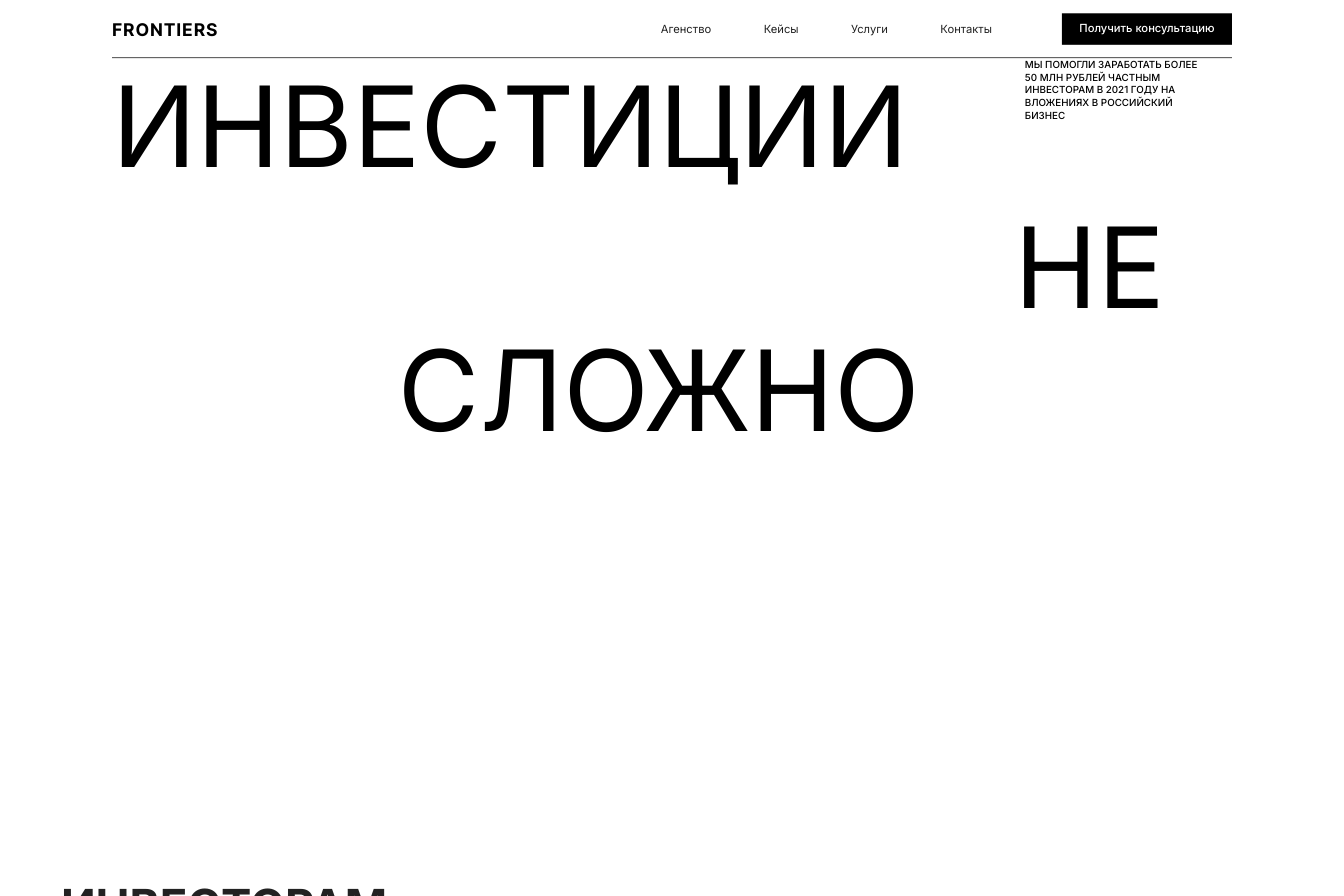
Repository: NadyaKorvin/frontiers
Page: /
An editor plug-in stored every save of this project. The page is shown before and after the next save, followed by the edit.
The browser window is 1280 px wide. The page is 1920 px wide, so the pictures cover 1920 px, including what lies to the right of the window. The pictures show the part of the page from y = 0 to 1280 px (the page is 1728 px tall), at 70% of full size.
The project was rebuilt for these pictures with package versions that can differ from the ones it lists, and the page was loaded fresh each time.

Above is the page before, as saved 2022-05-23 05:13:41.

### public/index.html
<!DOCTYPE html>
<html lang="en">
  <head>
    <meta charset="utf-8" />
    <link rel="icon" href="%PUBLIC_URL%/favicon.ico" />
    <meta name="viewport" content="width=device-width, initial-scale=1" />
    <meta name="theme-color" content="#000000" />
    <meta name="description" content="Web site created using create-react-app" />
    <link rel="apple-touch-icon" href="%PUBLIC_URL%/logo192.png" />
    <link rel="manifest" href="%PUBLIC_URL%/manifest.json" />
    <link rel="preconnect" href="https://fonts.googleapis.com" />
    <link rel="preconnect" href="https://fonts.gstatic.com" crossorigin />
    <link href="https://fonts.googleapis.com/css2?family=Inter:wght@300;400;500;700&display=swap" rel="stylesheet" />
    <title>FRONTIERS</title>
  </head>
  <body>
    <noscript>You need to enable JavaScript to run this app.</noscript>
    <div id="root"></div>
  </body>
</html>

### src/index.js
import React from "react"
import ReactDOM from "react-dom/client"

import App from "./App"

const root = ReactDOM.createRoot(document.getElementById("root"))
root.render(
  <React.StrictMode>
    <App />
  </React.StrictMode>
)

### src/App.js
import { useState } from "react";
import "./App.css";
import { SecondScreenAnimation } from "./components/secondScreen/SecondScreenAnimation";
import FirstScreenAnimation from "./components/firstScreen/FirstScreenAnimation";

function App() {
  const [mousePosition, setMousePosition] = useState("");

  const listenUpperMousePosition = (event) => {
    console.log(event);
    console.log(event.target);
    setMousePosition(event.target);
  };

  return (
    <>
      <FirstScreenAnimation />
      <div className="App">
        <SecondScreenAnimation listenMousePosition={listenUpperMousePosition} />
      </div>
    </>
  );
}
export default App;

### src/App.css
@import url("./reset.css");
@import url("./components/secondScreen/SecondScreen.css");
@import url("./font/font.css");

body {
  font-family: "Inter";
}

### src/components/secondScreen/SecondScreenAnimation.js
export function SecondScreenAnimation({ listenMousePosition, mousePosition }) {
  let goUp = ""
  const goUpBlackLines = (mousePosition) => {
    if (mousePosition === "animation__text_first_part") {
      goUp = "up"
      return goUp
    }
  }
  goUpBlackLines(mousePosition)
  console.log(goUp)
  return (
    <div className="animation__text_block">
      {goUp != "up" ? (
        <div>
          <div className="animation__text" onMouseOver={listenMousePosition}>
            <p className="animation__text_first_part">Инвесторам сложно найти хорошие проекты,</p>
            <p className="animation__text_second_part">а хорошим проектам — инвестиции.</p>
          </div>
          <div className="animation__black_lines">
            <div className="animation__1th_black_line"></div>
            <div className="animation__2th_black_line"></div>
            <div className="animation__3th_black_line"></div>
          </div>
        </div>
      ) : (
        <div>
          <div className="animation__text" onMouseOver={listenMousePosition}>
            <p className="animation__text_first_part" style={{ color: "#fff" }}>
              Инвесторам сложно найти хорошие проекты,
            </p>
            <p className="animation__text_second_part" style={{ color: "#000" }}>
              а хорошим проектам — инвестиции.
            </p>
          </div>
          <div className="animation__black_lines">
            <div className="animation__1th_black_line" style={{ width: "484px", marginTop: "-475px" }}></div>
            <div className="animation__2th_black_line" style={{ width: "586px" }}></div>
            <div className="animation__3th_black_line" style={{ width: "722px" }}></div>
          </div>
        </div>
      )}
    </div>
  )
}

### src/components/firstScreen/FirstScreenAnimation.js
import React from "react";
import style from "./FirstScreen.module.css";

export default function FirstScreenAnimation() {
  return (
    <>
      <section className={style.first__screen}>
        <div className={style.header}>
          <div className={style.logotype}>FRONTIERS</div>
          <nav className={style.nav__sidebar}>
            <ul>Агенство</ul>
            <ul>Кейсы</ul>
            <ul>Услуги</ul>
            <ul>Контакты</ul>
          </nav>
          <div className={style.button}>
            <p className={style.text__btn}>Получить консультацию</p>
          </div>
        </div>
        <div className={style.content}>
          <p>ИНВЕСТИЦИИ</p>
          <p>НЕ</p>
          <p>СЛОЖНО</p>
          <p>Мы помогли заработать более 50 млн рублей частным инвесторам в 2021 году на вложениях в российский бизнес</p>
        </div>
      </section>
    </>
  );
}

### src/reset.css
html,
body,
div,
span,
applet,
object,
iframe,
h1,
h2,
h3,
h4,
h5,
h6,
p,
blockquote,
pre,
a,
abbr,
acronym,
address,
big,
cite,
code,
del,
dfn,
em,
img,
ins,
kbd,
q,
s,
samp,
small,
strike,
strong,
sub,
sup,
tt,
var,
b,
u,
i,
center,
dl,
dt,
dd,
ol,
ul,
li,
fieldset,
form,
label,
legend,
table,
caption,
tbody,
tfoot,
thead,
tr,
th,
td,
article,
aside,
canvas,
details,
embed,
figure,
figcaption,
footer,
header,
hgroup,
menu,
nav,
output,
ruby,
section,
summary,
time,
mark,
audio,
video {
  margin: 0;
  padding: 0;
  border: 0;
  font-size: 100%;
  font: inherit;
  vertical-align: baseline;
}

:focus {
  outline: 0;
}

article,
aside,
details,
figcaption,
figure,
footer,
header,
hgroup,
menu,
nav,
section {
  display: block;
}

body {
  line-height: 1;
}

ol,
ul {
  list-style: none;
}

blockquote,
q {
  quotes: none;
}

blockquote:before,
blockquote:after,
q:before,
q:after {
  content: "";
  content: none;
}

table {
  border-collapse: collapse;
  border-spacing: 0;
}

input[type="search"]::-webkit-search-cancel-button,
input[type="search"]::-webkit-search-decoration,
input[type="search"]::-webkit-search-results-button,
input[type="search"]::-webkit-search-results-decoration {
  -webkit-appearance: none;
  -moz-appearance: none;
}

input[type="search"] {
  -webkit-appearance: none;
  -moz-appearance: none;
  -webkit-box-sizing: content-box;
  -moz-box-sizing: content-box;
  box-sizing: content-box;
}

textarea {
  overflow: auto;
  vertical-align: top;
  resize: vertical;
}

[hidden] {
  display: none;
}

html {
  font-size: 100%; /* 1 */
  -webkit-text-size-adjust: 100%; /* 2 */
  -ms-text-size-adjust: 100%; /* 2 */
}

a:focus {
  outline: thin dotted;
}

a:active,
a:hover {
  outline: 0;
}

img {
  border: 0;
  -ms-interpolation-mode: bicubic;
}

figure {
  margin: 0;
}

form {
  margin: 0;
}

fieldset {
  border: 1px solid #c0c0c0;
  margin: 0 2px;
  padding: 0.35em 0.625em 0.75em;
}

legend {
  border: 0; /* 1 */
  padding: 0;
  white-space: normal; /* 2 */
  *margin-left: -7px; /* 3 */
}

button,
input,
select,
textarea {
  font-size: 100%; /* 1 */
  margin: 0; /* 2 */
  vertical-align: baseline; /* 3 */
  *vertical-align: middle; /* 3 */
}

button,
input {
  line-height: normal;
}

button,
select {
  text-transform: none;
}

button,
html input[type="button"], /* 1 */
input[type="reset"],
input[type="submit"] {
  -webkit-appearance: button; /* 2 */
  cursor: pointer; /* 3 */
  *overflow: visible; /* 4 */
}

button[disabled],
html input[disabled] {
  cursor: default;
}

input[type="checkbox"],
input[type="radio"] {
  box-sizing: border-box; /* 1 */
  padding: 0; /* 2 */
  *height: 13px; /* 3 */
  *width: 13px; /* 3 */
}

input[type="search"] {
  -webkit-appearance: textfield; /* 1 */
  -moz-box-sizing: content-box;
  -webkit-box-sizing: content-box; /* 2 */
  box-sizing: content-box;
}

input[type="search"]::-webkit-search-cancel-button,
input[type="search"]::-webkit-search-decoration {
  -webkit-appearance: none;
}

button::-moz-focus-inner,
input::-moz-focus-inner {
  border: 0;
  padding: 0;
}

textarea {
  overflow: auto; /* 1 */
  vertical-align: top; /* 2 */
}

table {
  border-collapse: collapse;
  border-spacing: 0;
}

html,
button,
input,
select,
textarea {
  color: #222;
}

::-moz-selection {
  background: #b3d4fc;
  text-shadow: none;
}

::selection {
  background: #b3d4fc;
  text-shadow: none;
}

img {
  vertical-align: middle;
}

fieldset {
  border: 0;
  margin: 0;
  padding: 0;
}

textarea {
  resize: vertical;
}

.chromeframe {
  margin: 0.2em 0;
  background: #ccc;
  color: #000;
  padding: 0.2em 0;
}

### src/components/secondScreen/SecondScreen.css
.second__screen {
  display: flex;
}

.animation__text_block {
  margin-top: 174px;
  margin-left: 87px;
  width: 770px;
}

.animation__text_first_part,
.animation__text_second_part {
  text-transform: uppercase;
  font-size: 65px;
  font-weight: 700;
  line-height: 79px;
  transition: 0.5s ease-out;
}

.animation__text_second_part {
  color: #fff;
}

.animation__black_lines {
  margin-left: -10px;
  margin-top: -236px;
}

.animation__1th_black_line {
  margin-bottom: 5px;
  height: 75px;
  width: 444px;
  background-color: #000;
  transition: 0.5s ease-out;
}

.animation__2th_black_line {
  margin-bottom: 5px;
  height: 75px;
  width: 475px;
  background-color: #000;
  transition: 0.5s ease-out;
}
.animation__3th_black_line {
  height: 75px;
  width: 502px;
  background-color: #000;
  transition: 0.5s ease-out;
}

### src/font/font.css
@font-face {
  font-family: "Inter";
  src:
    url("./Inter-Bold.ttf") format("truetype")
    url("./Inter-Bold.woff2") format("woff2"),
    url("./Inter-Bold.woff") format("woff");
  font-weight: 700;
  font-style: normal;
  font-stretch: normal;
  unicode-range: U+0020-E0D0;
}

@font-face {
  font-family: "Inter";
  src:
    url("./Inter-Regular.woff2") format("woff2"),
    url("./Inter-Regular.ttf") format("truetype")
    url("./Inter-Regular.woff") format("woff");
  font-weight: 400;
  font-style: normal;
  font-stretch: normal;
  unicode-range: U+0020-E0D0;
}

@font-face {
    font-family:'Inter Medium';
    src:
        url("./Inter-Medium.ttf") format("truetype")
        url('Inter-Medium.woff2') format('woff2'),
		url('Inter-Medium.woff') format('woff');
    font-weight: 500;
    font-style: normal;
    font-stretch: normal;
    unicode-range: U+0020-E0D0;
}

@font-face {
    font-family:'Inter Light';
    src:
        url("./Inter-Light.ttf") format("truetype")
        url('Inter-Light.woff2') format('woff2'),
		url('Inter-Light.woff') format('woff');
    font-weight: 300;
    font-style: normal;
    font-stretch: normal;
    unicode-range: U+0020-E0D0;
}

### src/components/firstScreen/FirstScreen.module.css
.first__screen {
  width: 1920px;
  height: 1080px;
}

.header {
  width: 1600px;
  height: 82px;
  margin: 0 160px;
  border-bottom: 1px solid #000000;
  display: flex;
}

.logotype {
  width: 151px;
  height: 30px;
  padding-top: 27px;
  font-family: "Inter";
  font-style: normal;
  font-weight: 700;
  font-size: 25px;
  line-height: 30px;
  letter-spacing: 0.05em;
  color: #000000;
}

.nav__sidebar {
  display: flex;
  justify-content: space-between;
  width: 473px;
  padding-top: 33px;
  padding-left: 633px;
}

.button {
  position: absolute;
  width: 243px;
  height: 45px;
  left: 1517px;
  top: 19px;
  background: #000000;
}

.text__btn {
  padding-top: 12px;
  padding-bottom: 12px;
  font-family: "Inter";
  font-style: normal;
  font-weight: 500;
  font-size: 16px;
  line-height: 19px;
  text-align: center;
  color: #ffffff;
}

.content > p {
  position: absolute;
  font-family: "Inter";
  font-style: normal;
  font-weight: 400;
  font-size: 160px;
  line-height: 194px;
  text-transform: uppercase;
  color: #000000;
}

p:nth-child(1) {
  top: 83px;
  left: 160px;
}

p:nth-child(2) {
  top: 285px;
  left: 1449px;
}

p:nth-child(3) {
  top: 461px;
  left: 568px;
}

p:nth-child(4) {
  width: 265px;
  height: 90px;
  /* top: 83px; */
  left: 1464px;
  font-family: "Inter";
  font-style: normal;
  font-weight: 500;
  font-size: 14px;
  line-height: 130%;
  text-transform: uppercase;
  color: #000000;
}

After the next save:
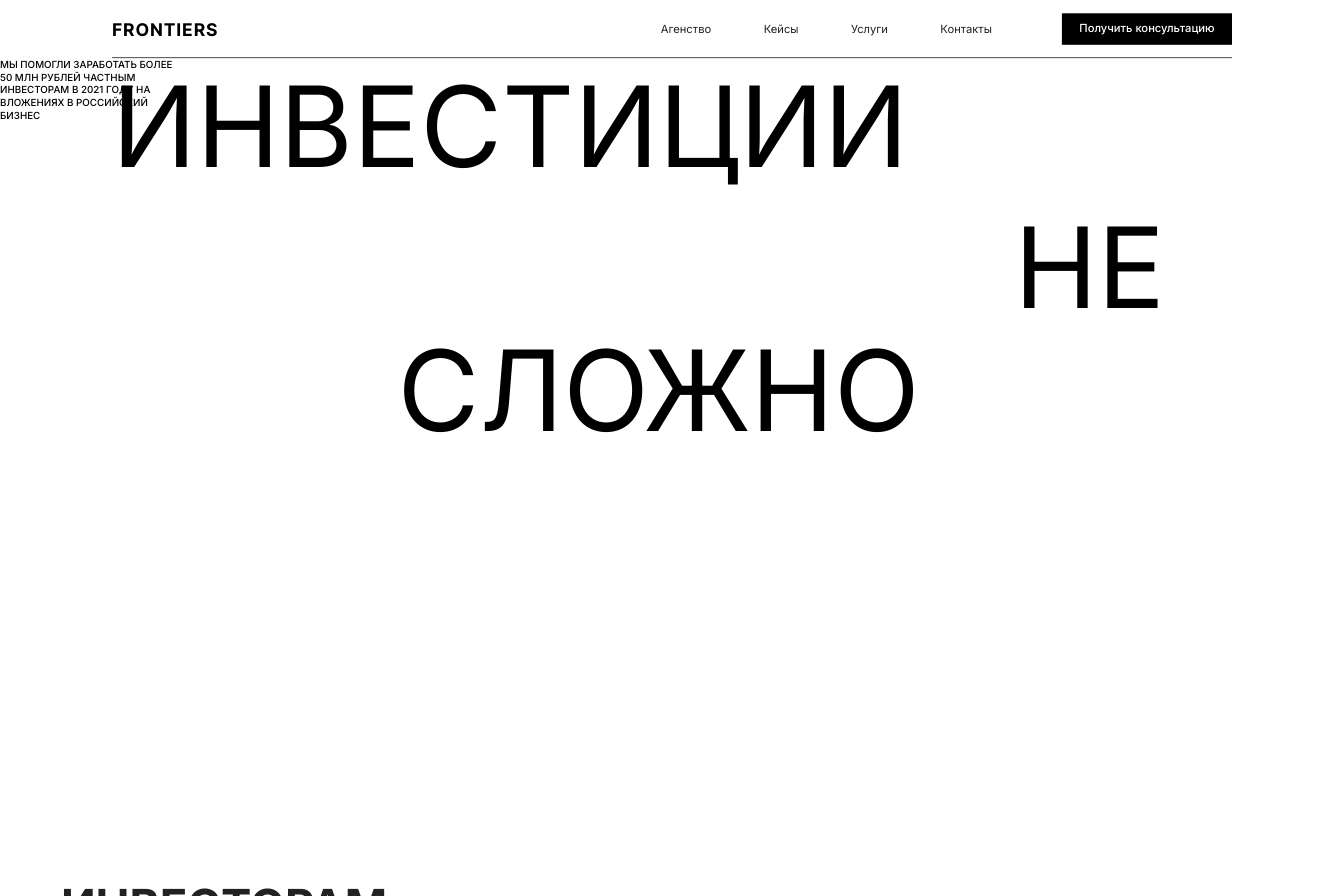
Saved 16 s later.
--- a/src/components/firstScreen/FirstScreen.module.css
+++ b/src/components/firstScreen/FirstScreen.module.css
@@ -83,7 +83,7 @@ p:nth-child(4) {
   width: 265px;
   height: 90px;
   /* top: 83px; */
-  left: 1464px;
+  /* left: 1464px; */
   font-family: "Inter";
   font-style: normal;
   font-weight: 500;

After the save that followed:
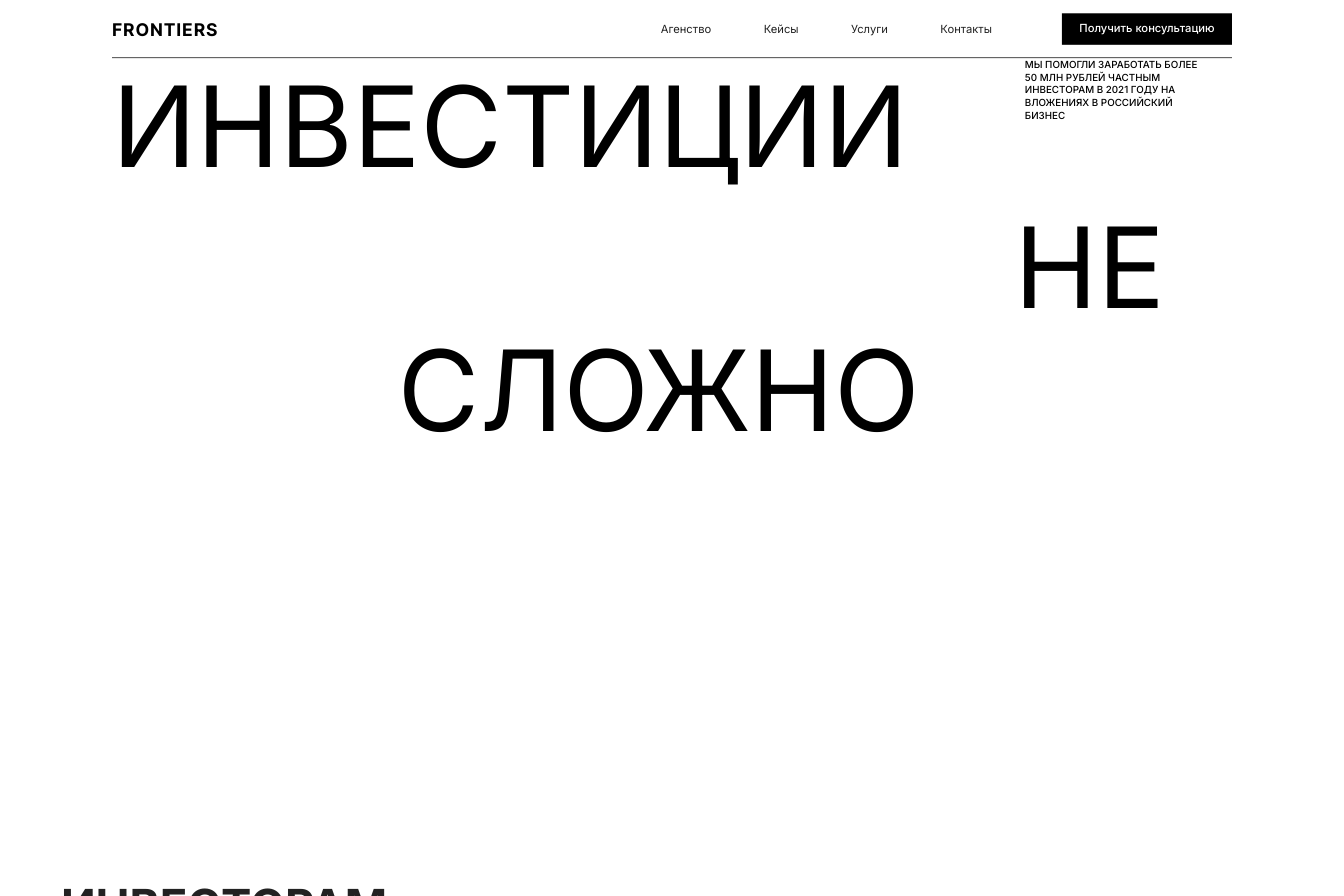
Saved 9 s later.
--- a/src/components/firstScreen/FirstScreen.module.css
+++ b/src/components/firstScreen/FirstScreen.module.css
@@ -82,8 +82,8 @@ p:nth-child(3) {
 p:nth-child(4) {
   width: 265px;
   height: 90px;
-  /* top: 83px; */
-  /* left: 1464px; */
+  top: 83px;
+  left: 1464px;
   font-family: "Inter";
   font-style: normal;
   font-weight: 500;
